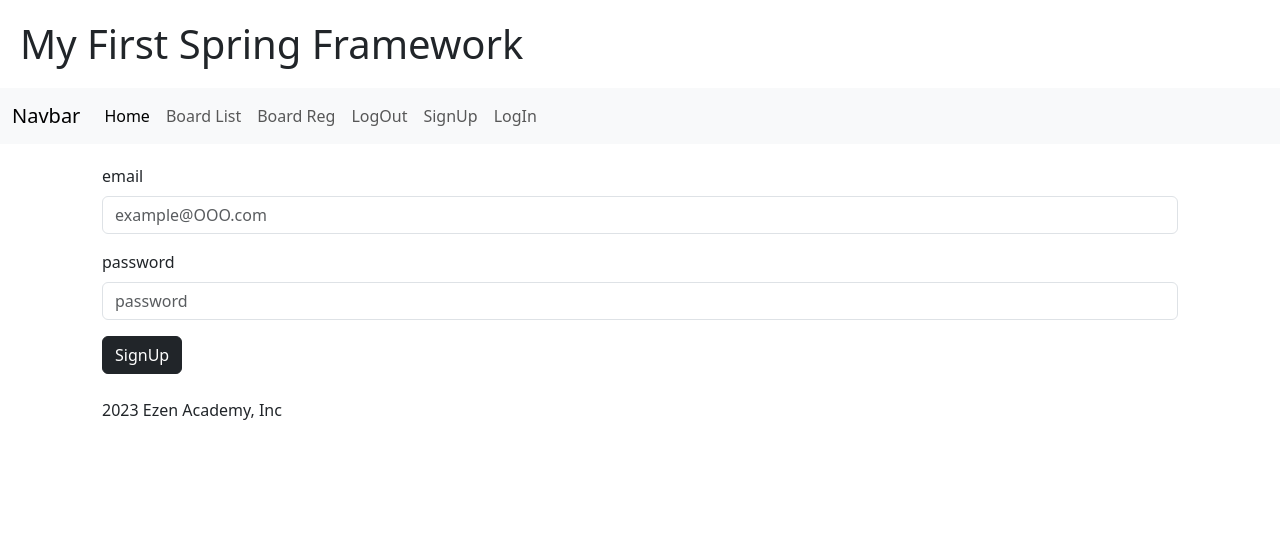
Repository: dhalfks/240115SpringProject
Page: http://localhost/spring_test2/WEB-INF/views/member/register.jsp
The author's editor kept a copy of each file at every save. The page is drawn from the files as they stood at one save, then again after the next save.
The browser window is 1280 px wide. The pictures show the whole page.
The page is served by Tomcat 9. Nobody is signed in. The template is opened directly, without the code that normally fills it, so the values that code supplies are empty.

Above is the page before, as saved 2024-01-12 05:48:25.

After the next save:
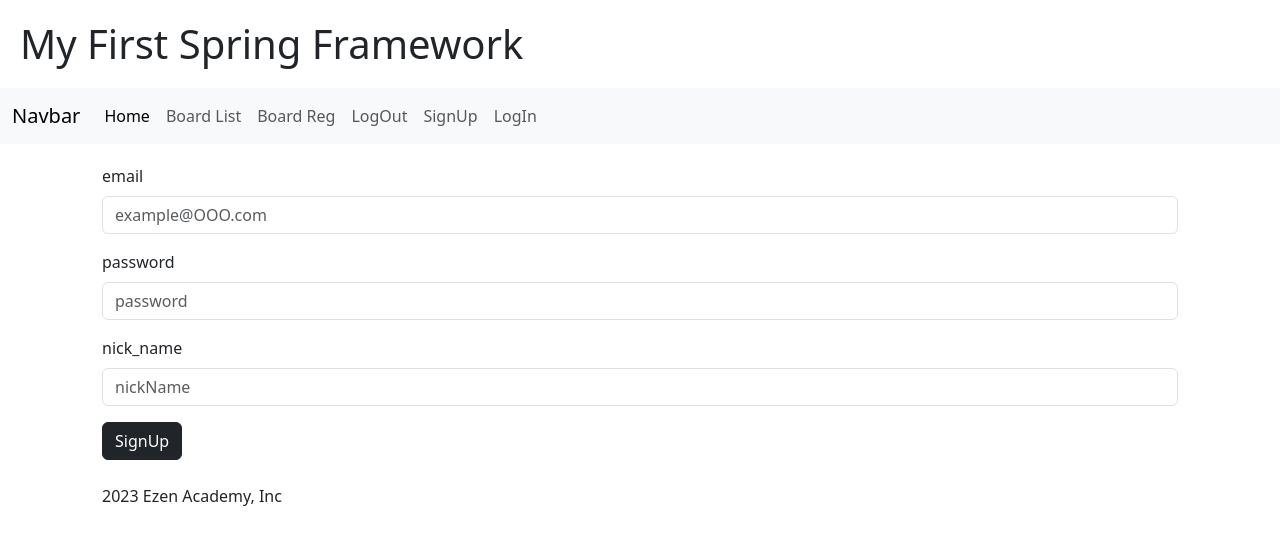
Saved 48 s later.
--- a/spring_test2/src/main/webapp/WEB-INF/views/member/register.jsp
+++ b/spring_test2/src/main/webapp/WEB-INF/views/member/register.jsp
@@ -16,6 +16,10 @@
 	  <label for="p" class="form-label">password</label>
 	  <input type="password" class="form-control" name="pwd" id="p" placeholder="password">
 	</div>
+	<div class="mb-3">
+	  <label for="n" class="form-label">nick_name</label>
+	  <input type="text" class="form-control" name="nickName" id="n" placeholder="nickName">
+	</div>
 	<button type="submit" class="btn btn-dark">SignUp</button>
 </form>
 </div>
